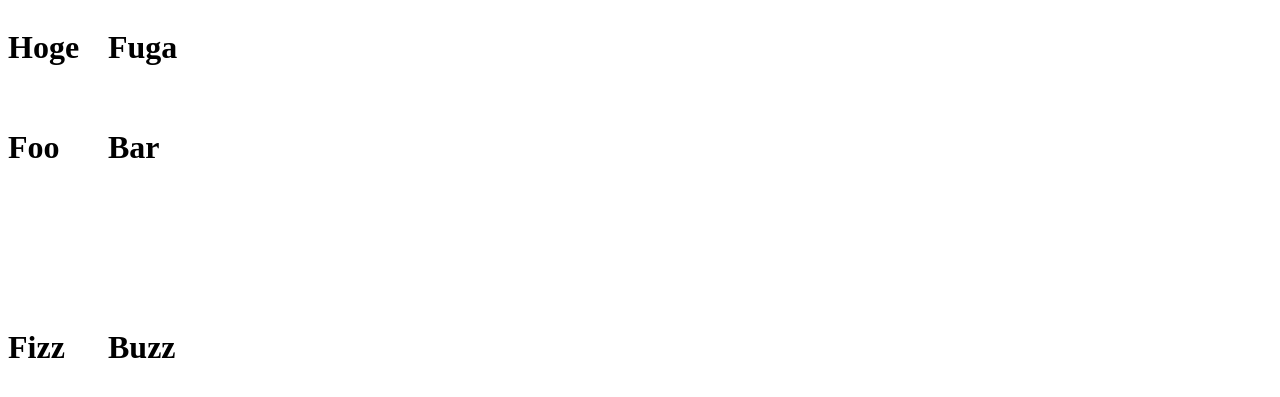
Repository: dainak/samurai_HTML-CSS
Page: test.html
The author's editor kept a record of every edit. The page is drawn from the files as they stood at one moment, then again after the next edit.
The browser window is 1280 px wide. The pictures show the whole page.

Above is the page before.

### test.html
<html lang="ja">

    <head>

        <meta charset="UTF-8">

        <style>

            #grid {

                display: grid;

                grid-template-columns: 100px 100px;

                grid-template-rows: 100px 200px 100px;

            }

        </style>

    </head>

    <body>

        <div id="grid">

            <h1>Hoge</h1>

            <h1>Fuga</h1>

            <h1>Foo</h1>

            <h1>Bar</h1>

            <h1>Fizz</h1>

            <h1>Buzz</h1>

        </div>

    </body>

</html>

After the next edit:
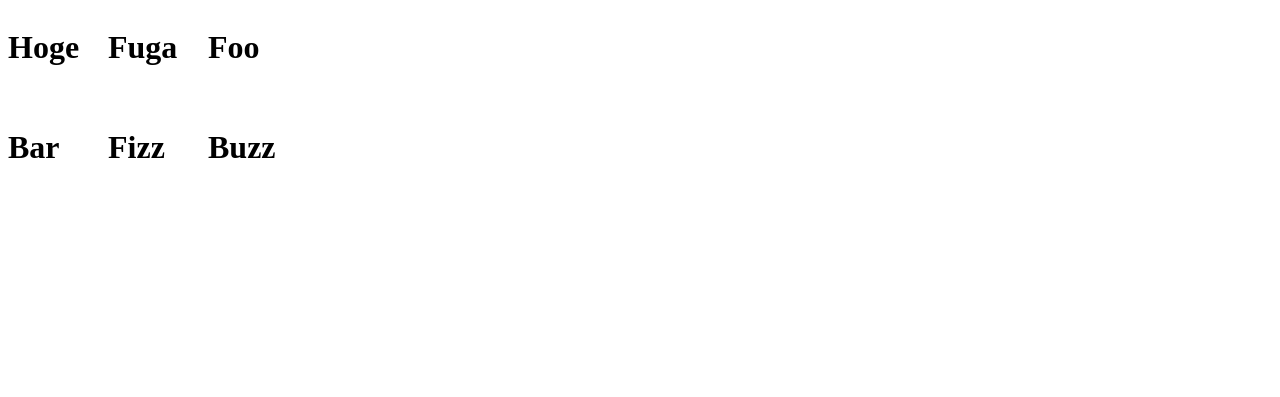
The edit:
--- a/test.html
+++ b/test.html
@@ -10,7 +10,7 @@
 
                 display: grid;
 
-                grid-template-columns: 100px 100px;
+                grid-template-columns: 100px 100px 100px;
 
                 grid-template-rows: 100px 200px 100px;
 
